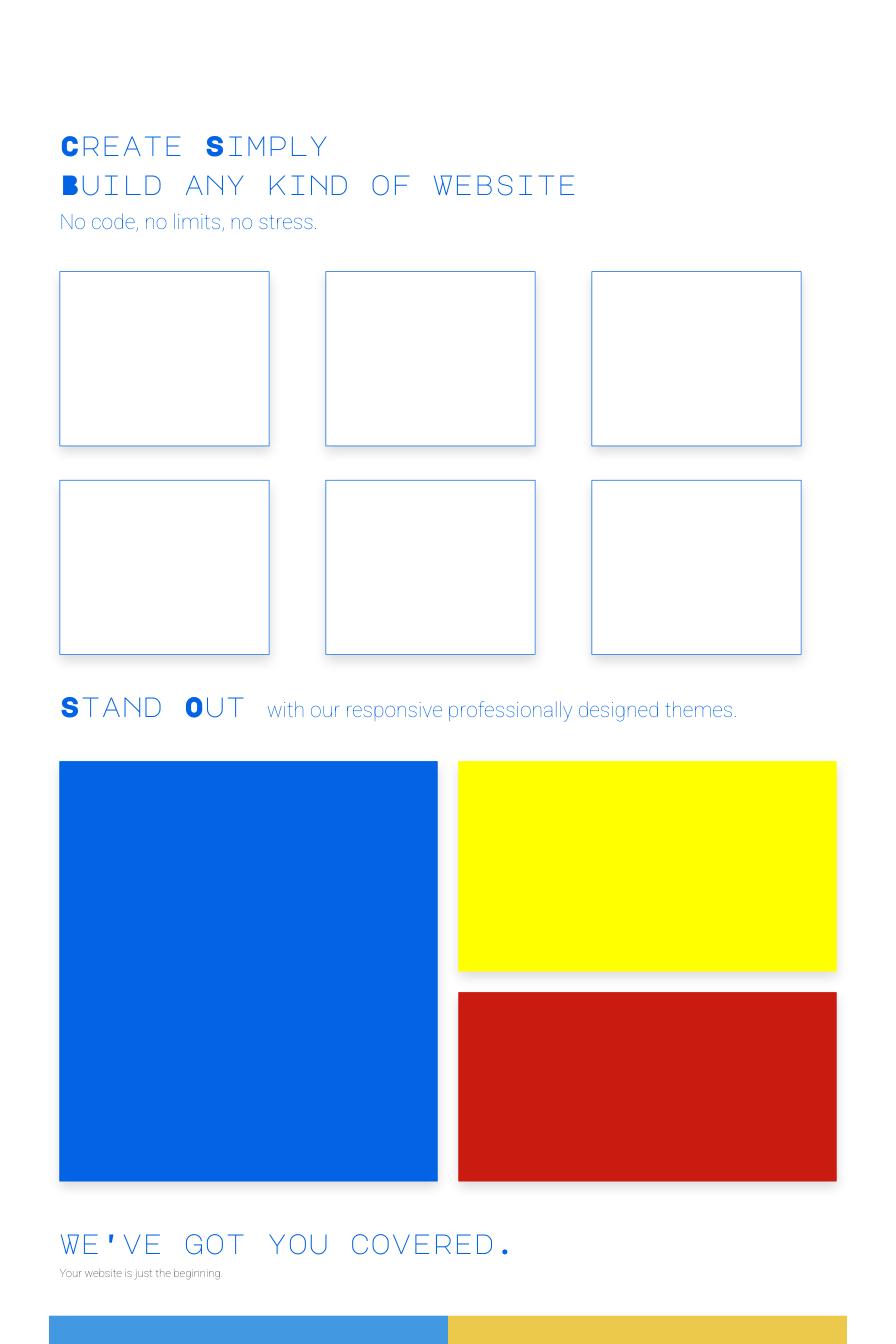
Repository: latenightsnacc/Static-Web-Projects
Page: Dunno Yet/index.html
The author's editor kept a copy of each file at every save. The page is drawn from the files as they stood at one save, then again after the next save.
The browser window is 1280 px wide. The pictures show the part of the page from y = 1401 to 3321 px (the page is 4741 px tall before and 4797 px after), at 70% of full size.
The style sheet was rebuilt from its Sass, Less or Tailwind sources for each picture, by a compiler version that may differ from the author's.

Above is the page before, as saved 2020-11-11 18:11:09.

### Dunno Yet/index.html
<!DOCTYPE html>
<html lang="en">
<head>
    <meta charset="UTF-8">
    <meta name="viewport" content="width=device-width, initial-scale=1.0">
    <!--Tailwind CDN-->
    <link rel="stylesheet" href="https://cdnjs.cloudflare.com/ajax/libs/tailwindcss/1.9.6/base.min.css" integrity="sha512-hEjkvMSM0ql6VJcNK0gTmjt9ar8F2yHeBUbJKtyvQhkkbGMhiJ4+MaiB8XxsthLAHJx5vy2I9dN0un8HiWG2LA==" crossorigin="anonymous" />
    <link rel="stylesheet" href="https://cdnjs.cloudflare.com/ajax/libs/tailwindcss/1.9.6/components.min.css" integrity="sha512-TizAONqhvXjEfRPhptSUkZNVU497PzAnXNGNUoeOjeni4dHpJ+ak+ZsyoGna20LH/yg1PvdufN1VbnVQeVDftg==" crossorigin="anonymous" />
    <link rel="stylesheet" href="https://cdnjs.cloudflare.com/ajax/libs/tailwindcss/1.9.6/tailwind.css" integrity="sha512-HY1FOTeAX9idUBWDhVDrBg8QUHBisKVQ4BCVj1jFo5z76mk87w4Rr5YGP8nBkcGmoMzqYvdeXHMOg/olF45z3g==" crossorigin="anonymous" />
    <link rel="stylesheet" href="https://cdnjs.cloudflare.com/ajax/libs/tailwindcss/1.9.6/utilities.min.css" integrity="sha512-0QJfuLKyYJWGB5hKArJW67xqMLDlR8YaLM/ZuW2mRn4NRwHNsGm7UuREc5Fu7jONHyewPKnGODY0N8G+FQbfxg==" crossorigin="anonymous" />
    <!--Bootstrap CDN-->
    <link rel="stylesheet" href="https://cdn.jsdelivr.net/npm/bootstrap@4.5.3/dist/css/bootstrap.min.css" integrity="sha384-TX8t27EcRE3e/ihU7zmQxVncDAy5uIKz4rEkgIXeMed4M0jlfIDPvg6uqKI2xXr2" crossorigin="anonymous">
    <!--Custom Stylesheet-->
    <link rel="stylesheet" href="styles/stylesheet.css">
    <!-- <link rel="stylesheet" href="styles/loader.css"> -->
    <title>Home</title>
</head>
<body>
        <!--PreLoader-->
<div class="loader_bg">
    <div class="loader"></div>
</div>
    <!--Navbar-->
    <nav class="navbar navbar-expand-lg navbar-light  bg-transparent fixed-top p-3 mb-5 bg-white rounded" id="navbar">
        <div class="container">
            <a class="navbar-brand" href="#">Navbar</a>
            <button class="navbar-toggler" type="button" data-toggle="collapse" data-target="#navbarNavDropdown" aria-controls="navbarNavDropdown" aria-expanded="false" aria-label="Toggle navigation">
              <span class="navbar-toggler-icon"></span>
            </button>
            <div class="collapse navbar-collapse" id="navbarNavDropdown">
              <ul class="navbar-nav ml-auto">
                <li class="nav-item active">
                  <a class="nav-link" href="#">Home</a>
                </li>
                <li class="nav-item dropdown">
                    <a class="nav-link dropdown-toggle" href="#" id="navbarDropdownMenuLink" role="button" data-toggle="dropdown" aria-haspopup="true" aria-expanded="false">
                      Products
                    </a>
                    <div class="dropdown-menu" aria-labelledby="navbarDropdownMenuLink">
                      <a class="dropdown-item" href="#">Blog</a>
                      <a class="dropdown-item" href="#">Website</a>
                      <a class="dropdown-item" href="#">E-commerce</a>
                      <a class="dropdown-item" href="#">Domain</a>
                      <a class="dropdown-item" href="#">Hosting</a>
                    </div>
                  </li>
                <li class="nav-item">
                  <a class="nav-link" href="#">Pricing</a>
                </li>
                <li class="nav-item">
                    <a class="nav-link" href="#">Login</a>
                </li>
                <li class="nav-item">
                    <a class="nav-link btn" href="#">Get Started</a>
                </li>
              </ul>
            </div>
        </nav>
    </div>
    <!-- End of Navbar-->


    <!--Banner-->
    <section class="min-h-screen mt-5" id="banner">
        <div class="container">
            <div class="row pt-5">
                <!--Banner Text-->
                <div class="col-xs-12 col-s-12 col-md-6 col-lg-6 col-xl-6">
                    <div class="text-box banner-txt">
                        <h1 class="">Earn Money, <br/> While you sleep.</h1>
                        <h5 class="span-title">Lorem ipsum dolor sit amet consectetur adipisicing.</h5>
                        <button class="bg-red-700 hover:bg-blue-500 text-white font-bold py-3 px-5 rounded">Start</button>
                    </div>
                </div>
                <!--Banner Image-->
                <div class="col-xs-12 col-s-12 col-md-6 col-lg-6 col-xl-6">
                    <a href="#">
                        <img class="banner-img" src="assets/video-conferencing.jpeg" alt="banner image"/>
                    </a>
                </div>
            </div>
        </div>
    </section>
    <!--End of Banner-->

    <!--Services-->
    <section class="min-h-screen mt-5 mb-5" id="services">
        <div class="container">
            <div class="absolute-box">
                <div class="title-box text-center mb-5">
                    <h2 class="section-title pb-5">Start <span class="section-title">website. </span><span class="color">Sell your products.</span><br/><span class="color">Start a blog.</span> </h2>
                </div>
                <div class="images">
                    <div class="img-1 ">
                        <a href="#">
                            <img src="assets/Template-1.jpg" alt="Build a website" />
                        </a>
                    </div>
                    <div class="img-2 motion-reduce:animate-bounce">
                        <a href="#">
                            <img src="assets/Template-1.jpg" alt="Build a website" />
                        </a>
                    </div>
                    <div class="img-3">
                        <a href="#">
                            <img src="assets/Template-1.jpg" alt="Build a website" />
                        </a>
                    </div>
                </div>
            </div>
        </div>
    </section>
    <!--End of Services-->

    <!--Templates-->
    <section class="min-h-screen mt-5 mb-5" id="templates">
        <div class="container">
            <div class="title-box mb-5">
                <h2 class="section-title">Create Simply </h2>
                <h4 class="section-title">Build any kind of <span class="section-title">Website</span></h4>
                <p class="span-title">No code, no limits, no stress.</p>
            </div>
            <div class="row">
                <div class="col-xs-12 col-s-12 col-md-6 col-lg-4 col-xl-4">
                    <div class="clear-box"></div>
                </div>
                <div class="col-xs-12 col-s-12 col-md-6 col-lg-4 col-xl-4">
                    <div class="clear-box"></div>
                </div>
                <div class="col-xs-12 col-s-12 col-md-6 col-lg-4 col-xl-4">
                    <div class="clear-box"></div>
                </div>
                <div class="col-xs-12 col-s-12 col-md-6 col-lg-4 col-xl-4 mt-5">
                    <div class="clear-box"></div>
                </div>
                <div class="col-xs-12 col-s-12 col-md-6 col-lg-4 col-xl-4 mt-5">
                    <div class="clear-box"></div>
                </div>
                <div class="col-xs-12 col-s-12 col-md-6 col-lg-4 col-xl-4 mt-5">
                    <div class="clear-box"></div>
                </div>
            </div>
        </div>
    </section>
    <!--End of Themes-->

    <!--Themes-->
    <section class="min-h-screen mt-5 mb-5" id="themes">
        <div class="container">
            <div class="title-box">
                <h2 class="section-title">Stand Out <span class="text-4xl span-title">with our responsive professionally designed themes.</h2>
            </div>
            <div class="row">
                <div class="col-xs-12 col-s-12 col-md-6 col-lg-6 col-xl-6">
                    <div id="clr1" class="text-center mt-5">
                    </div>
                </div>
                <div class="col-xs-12 col-s-12 col-md-6 col-lg-6 col-xl-6">
                    <div class="row flex-wrap">
                        <div class="col-xs-12 col-s-12 col-md-12 col-lg-12 col-xl-12">
                            <div id="clr2" class="mt-5">

                            </div>
                        </div>
                        <div class="col-xs-12 col-s-12 col-md-12 col-lg-12 col-xl-12">
                            <div id="clr3">

                            </div>
                        </div>
                    </div>
                </div>
            </div>
        </div>
    </section>
    <!--End of Themes-->

    <section class="min-h-screen mt-5 mb-5" id="services">
        <div class="container">
            <div class="title-box mb-5">
                <h2 class="section-title">We've got you covered.</h2>
                <p>Your website is just the beginning.</p>
            </div>
            <div class="row">
                <div class="col-xs-12 col-s-12 col-md-6 col-lg-6 col-xl-6 bg-blue-500">
                    <div class="clear-box mt-5 mb-5">
                        <h3 class="text-center pt-5">Real support from real people.</h3>
                    </div>
                </div>
                <div class="col-xs-12 col-s-12 col-md-6 col-lg-6 col-xl-6 bg-yellow-500">
                    <div class="clear-box mt-5 mb-5">
                        <h3 class="text-center pt-5">Domain to suit your needs.</h3>
                    </div>
                </div>
                <div class="col-xs-12 col-s-12 col-md-6 col-lg-6 col-xl-6 bg-red-500">
                    <div class="clear-box mt-5 mb-5">
                        <h3 class="text-center pt-5">Plans for everyone</h3>
                    </div>
                </div>
                <div class="col-xs-12 col-s-12 col-md-6 col-lg-6 col-xl-6 bg-blue-300">
                    <div class="clear-box mt-5 mb-5">
                        <h3 class="text-center pt-5">Security Security Security</h3>
                    </div>
                </div>
            </div>
        </div>
    </section>
    <section class="min-h-screen" id="pricing">
        <div class="container">
            <div class="title-box mb-5">
                <h2 class="section-title">Start Free </h2>
                <h5> Grow at your own pace.</h5>
            </div>
            <div class="row">
                <div class="col-xs-12 col-s-12 col-md-3 col-lg-3 col-xl-3">
                    <div class="max-w-sm rounded overflow-hidden shadow-lg mb-5 border-2 border-blue-400 price-card">
                        <div class="px-6 py-4">
                          <div class="font-bold text-xl mb-2">Free</div>
                          <p class="text-gray-700 text-base">
                            Lorem ipsum dolor sit amet, consectetur adipisicing elit. Voluptatibus quia, nulla! Maiores et perferendis eaque, exercitationem praesentium nihil.
                          </p>
                        </div>
                        <div class="px-6 pt-4 pb-2">
                          <span class="inline-block bg-gray-200 rounded-full px-3 py-1 text-sm font-semibold text-gray-700 mr-2 mb-2">#photography</span>
                          <span class="inline-block bg-gray-200 rounded-full px-3 py-1 text-sm font-semibold text-gray-700 mr-2 mb-2">#travel</span>
                          <span class="inline-block bg-gray-200 rounded-full px-3 py-1 text-sm font-semibold text-gray-700 mr-2 mb-2">#winter</span>
                        </div>
                      </div>
                </div>
                <div class="col-xs-12 col-s-12 col-md-3 col-lg-3 col-xl-3">
                    <div class="max-w-sm rounded overflow-hidden shadow-md mb-5 border-2 border-blue-400 price-card transition ease-out duration-700 ...">
                        <div class="px-6 py-4">
                          <div class="font-bold text-xl mb-2">The Coldest Sunset</div>
                          <p class="text-gray-700 text-base">
                            Lorem ipsum dolor sit amet, consectetur adipisicing elit. Voluptatibus quia, nulla! Maiores et perferendis eaque, exercitationem praesentium nihil.
                          </p>
                        </div>
                        <div class="px-6 pt-4 pb-2">
                          <span class="inline-block bg-gray-200 rounded-full px-3 py-1 text-sm font-semibold text-gray-700 mr-2 mb-2">#photography</span>
                          <span class="inline-block bg-gray-200 rounded-full px-3 py-1 text-sm font-semibold text-gray-700 mr-2 mb-2">#travel</span>
                          <span class="inline-block bg-gray-200 rounded-full px-3 py-1 text-sm font-semibold text-gray-700 mr-2 mb-2">#winter</span>
                        </div>
                      </div>
                </div>
                <div class="col-xs-12 col-s-12 col-md-3 col-lg-3 col-xl-3">
                    <div class="max-w-sm rounded overflow-hidden shadow-md mb-5 border-2 border-blue-400 price-card" >
                        <div class="px-6 py-4">
                          <div class="font-bold text-xl mb-2">The Coldest Sunset</div>
                          <p class="text-gray-700 text-base">
                            Lorem ipsum dolor sit amet, consectetur adipisicing elit. Voluptatibus quia, nulla! Maiores et perferendis eaque, exercitationem praesentium nihil.
                          </p>
                        </div>
                        <div class="px-6 pt-4 pb-2">
                          <span class="inline-block bg-gray-200 rounded-full px-3 py-1 text-sm font-semibold text-gray-700 mr-2 mb-2">#photography</span>
                          <span class="inline-block bg-gray-200 rounded-full px-3 py-1 text-sm font-semibold text-gray-700 mr-2 mb-2">#travel</span>
                          <span class="inline-block bg-gray-200 rounded-full px-3 py-1 text-sm font-semibold text-gray-700 mr-2 mb-2">#winter</span>
                        </div>
                      </div>
                </div>
                <div class="col-xs-12 col-s-12 col-md-3 col-lg-3 col-xl-3">
                    <div class="max-w-sm rounded overflow-hidden shadow-md price-card">
                        <div class="px-6 py-4">
                          <div class="font-bold text-xl mb-2">The Coldest Sunset</div>
                          <p class="text-gray-700 text-base">
                            Lorem ipsum dolor sit amet, consectetur adipisicing elit. Voluptatibus quia, nulla! Maiores et perferendis eaque, exercitationem praesentium nihil.
                          </p>
                        </div>
                        <div class="px-6 pt-4 pb-2">
                          <span class="inline-block bg-gray-200 rounded-full px-3 py-1 text-sm font-semibold text-gray-700 mr-2 mb-2">#photography</span>
                          <span class="inline-block bg-gray-200 rounded-full px-3 py-1 text-sm font-semibold text-gray-700 mr-2 mb-2">#travel</span>
                          <span class="inline-block bg-gray-200 rounded-full px-3 py-1 text-sm font-semibold text-gray-700 mr-2 mb-2">#winter</span>
                        </div>
                      </div>
                </div>
            </div>
        </div>
    </section>
    <!--Footer-->
    <div class="footer">
        <div class="container"></div>
    </div>

    <!--Bootstrap Scripts-->
    <script src="https://code.jquery.com/jquery-3.5.1.slim.min.js" integrity="sha384-DfXdz2htPH0lsSSs5nCTpuj/zy4C+OGpamoFVy38MVBnE+IbbVYUew+OrCXaRkfj" crossorigin="anonymous"></script>
    <script src="https://cdn.jsdelivr.net/npm/popper.js@1.16.1/dist/umd/popper.min.js" integrity="sha384-9/reFTGAW83EW2RDu2S0VKaIzap3H66lZH81PoYlFhbGU+6BZp6G7niu735Sk7lN" crossorigin="anonymous"></script>
    <script src="https://cdn.jsdelivr.net/npm/bootstrap@4.5.3/dist/js/bootstrap.min.js" integrity="sha384-w1Q4orYjBQndcko6MimVbzY0tgp4pWB4lZ7lr30WKz0vr/aWKhXdBNmNb5D92v7s" crossorigin="anonymous"></script>

    <script>
        setTimeout(function(){
            $('.loader_bg').fadeToggle();
        }, 2500);
    </script>
</body>
</html>

### Dunno Yet/styles/stylesheet.scss
@import'variables';

*{
    box-sizing: border-box;
    margin: 0;
    padding: 0;
    text-decoration: none;
    list-style: none;
    font-family: $font3;
    button {
        outline: none;
    }
    a {
        text-decoration: none;
        &:hover {
            text-decoration: none;
        }
    }

    button {
        font-family: $font3;
    }
}

.banner-txt {
    h1 {
        font-size: 64px;
        color: blue;
        font-family: $font2;
    }

}
img.banner-img {
    width: 400px;
    height: 500px;
}
.text-box {
    display: flex;
    flex-direction: column;
    height: 100%;
    justify-content: center;
    align-items: flex-start;
}
.section-title, span.color {
    font-size: 40px;
    font-family: $font2;
    color: $blue;

}
.span-title {
    font-family: $font3;
    font-size: 30px;
    color: $blue;
}
.absolute-box {
    position: relative;
    .images {
        position: absolute;
        width: 100%;
        height: 100%;

        img {
            width: 300px;
            height: 350px;
        }

        .img-1 {
            position: absolute;
            top: -30px;
            left: 0px;

        }
        .img-2 {
            position: absolute;
            top: 40px;
            left: 400px;

        }
        .img-3 {
            position: absolute;
            top: -30px;
            right: 0px;

        }
    }
}
#clr1 {
    background-color: $blue;
    width: 100%;
    height: 600px;
    border: 1px solid $blue;
    box-shadow: 0 .5rem 1rem rgba(0,0,0,.15)!important;
}
#clr2 {
    background-color: $yellow;
    width: 100%;
    height: 300px;
    border: 1px solid $yellow;
    margin-bottom: 30px;
    box-shadow: 0 .5rem 1rem rgba(0,0,0,.15)!important;
}
#clr3 {
    background-color: $red;
    width: 100%;
    height: 270px;
    border: 1px solid $red;
    box-shadow: 0 .5rem 1rem rgba(0,0,0,.15)!important;
}
.clear-box {
    width: 300px;
    height: 250px;
    border: 1px solid $blue;
    box-shadow: 0 .5rem 1rem rgba(0,0,0,.15)!important;
}

.price-card {
    border: 1px solid $blue;
    &:hover {
        border: 2px solid $blue;
        transition: all border 1000ms ease-in ;
    }
}

### Dunno Yet/styles/_variables.scss
@import url('https://fonts.googleapis.com/css2?family=Chewy&display=swap');
@import url('https://fonts.googleapis.com/css2?family=Major+Mono+Display&display=swap');
@import url('https://fonts.googleapis.com/css2?family=Roboto:wght@100&display=swap');
$font: -apple-system, BlinkMacSystemFont, 'Segoe UI', Roboto, Oxygen, Ubuntu, Cantarell, 'Open Sans', 'Helvetica Neue', sans-serif;
$FONT1: 'Chewy', cursive;
$font2: 'Major Mono Display', monospace;
$font3: 'Roboto', sans-serif;
$primary: #fff;
$darkB: #02081d;
$lightB: #cce1ea;
$blue: #0263e4;
$red: #ca1b11;
$yellow : yellow;
$dB: #081a5a;

After the next save:
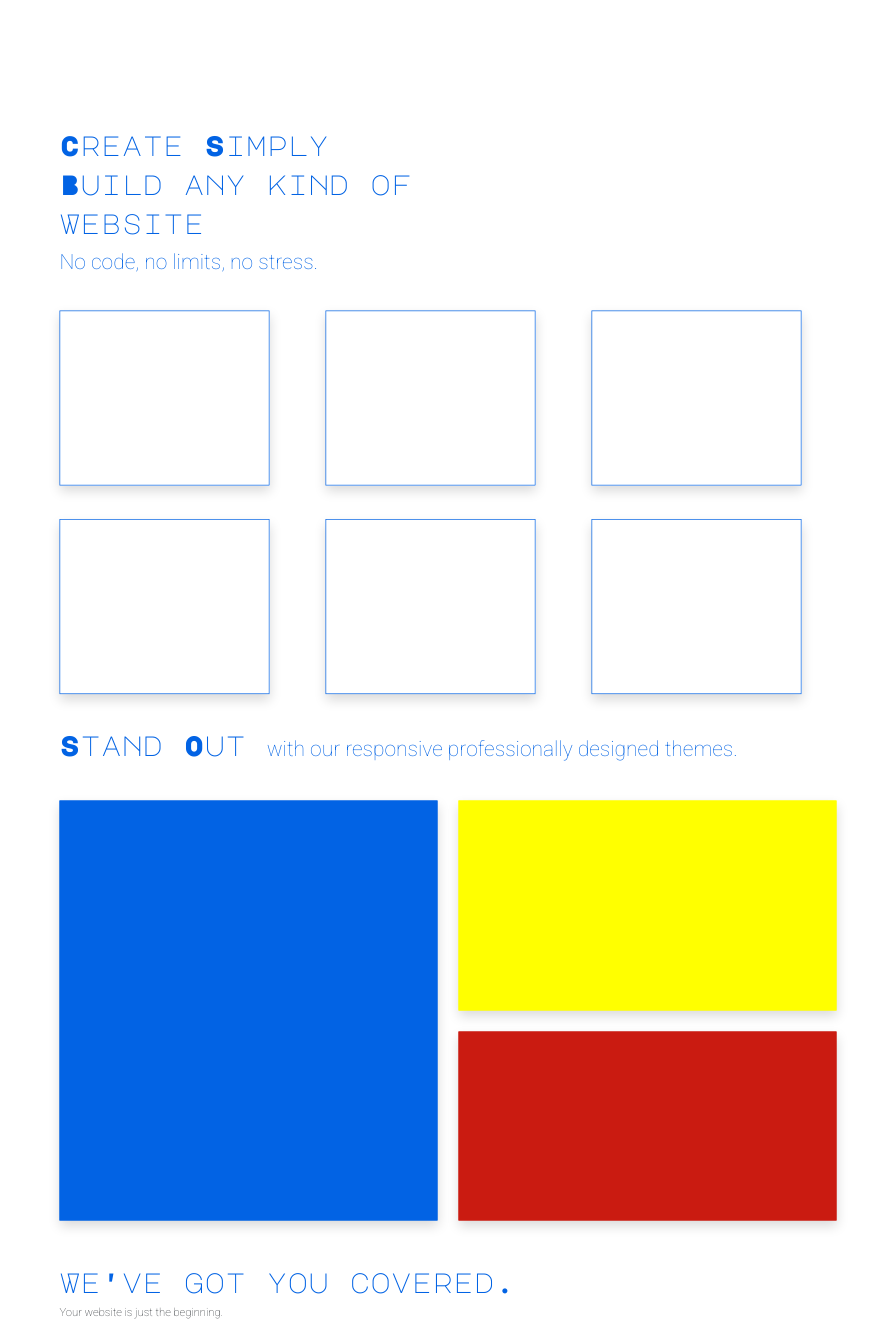
Saved 18 s later.
--- a/Dunno Yet/index.html
+++ b/Dunno Yet/index.html
@@ -117,7 +117,7 @@
         <div class="container">
             <div class="title-box mb-5">
                 <h2 class="section-title">Create Simply </h2>
-                <h4 class="section-title">Build any kind of <span class="section-title">Website</span></h4>
+                <h4 class="section-title">Build any kind of <h2 class="section-title">Website</h2></h4>
                 <p class="span-title">No code, no limits, no stress.</p>
             </div>
             <div class="row">

After the save that followed:
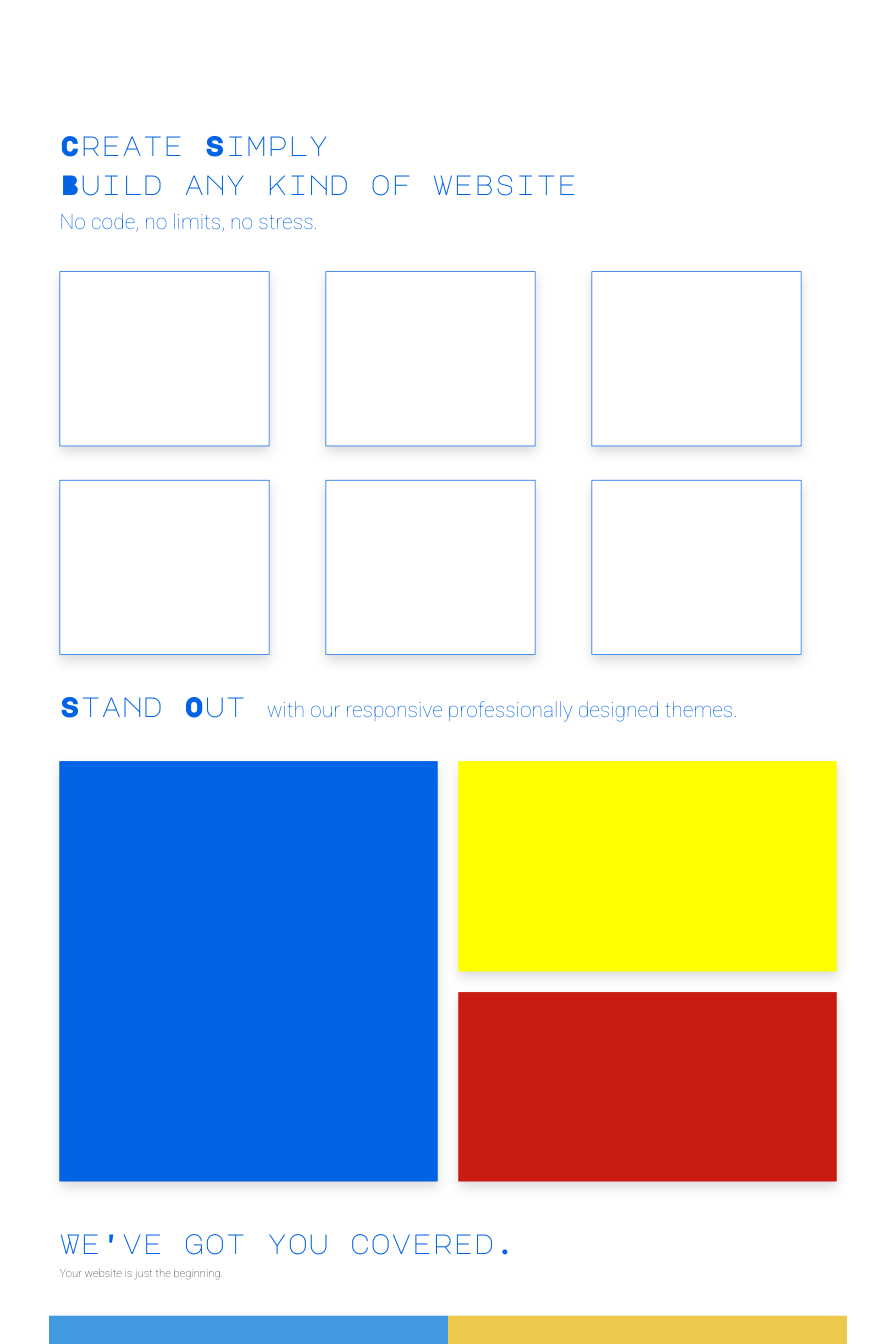
Saved 17 s later.
--- a/Dunno Yet/index.html
+++ b/Dunno Yet/index.html
@@ -117,7 +117,7 @@
         <div class="container">
             <div class="title-box mb-5">
                 <h2 class="section-title">Create Simply </h2>
-                <h4 class="section-title">Build any kind of <h2 class="section-title">Website</h2></h4>
+                <h4 class="section-title">Build any kind of website</h4>
                 <p class="span-title">No code, no limits, no stress.</p>
             </div>
             <div class="row">
